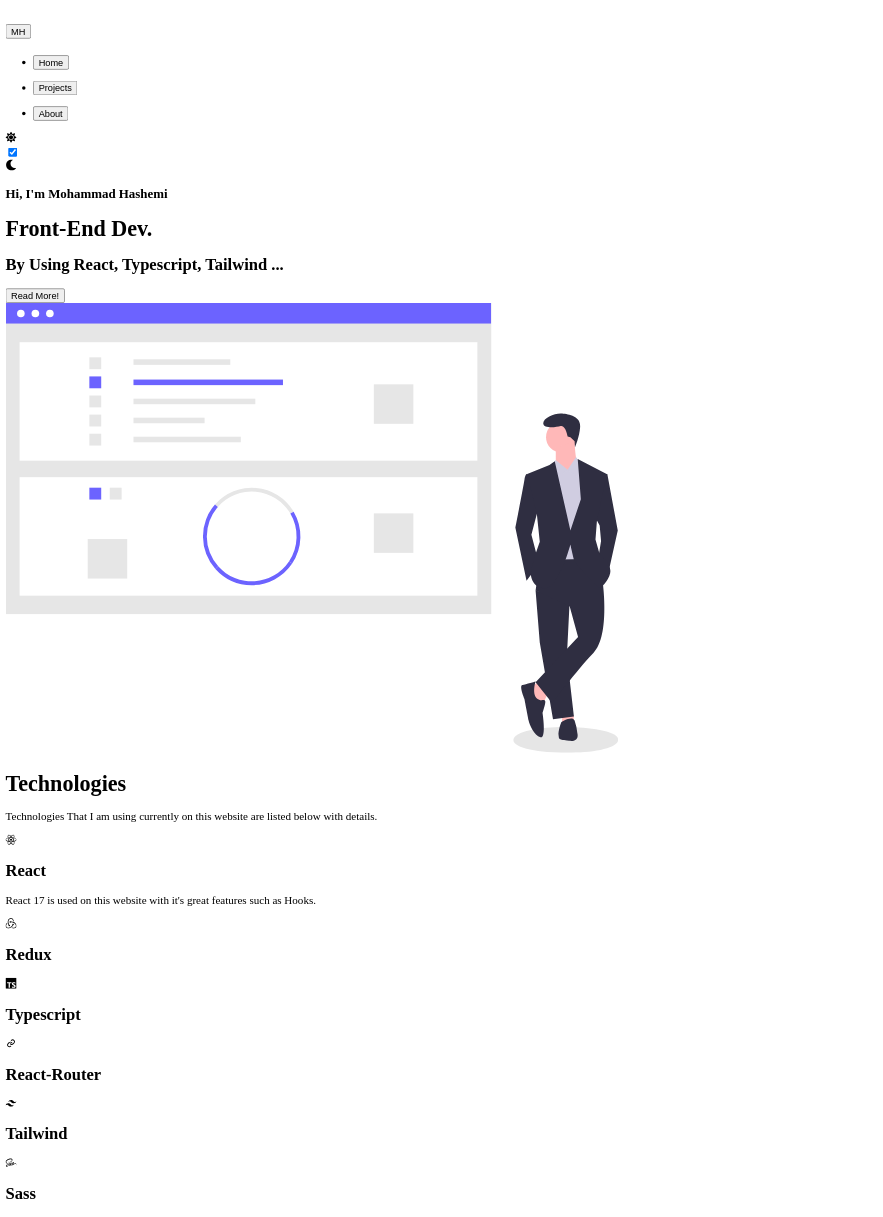
Repository: SMohammadH/react-typescript-tailwind
Page: /
These files come from the project's save history. The page is drawn as it stood at one moment and after the next save; the edit follows.
The browser window is 1280 px wide. The pictures show the whole page, at 69% of full size.
The project was rebuilt for these pictures with package versions that can differ from the ones it lists, and the page was loaded fresh each time. Also part of the build but not shown: craco.config.js.

Above is the page before, as saved 2021-02-03 09:13:45.

### src/index.css
.dark {
  --color-bg-primary: #2d3748;
  --color-bg-secondary: #283141;
  --color-text-primary: #f7fafc;
  --color-text-secondary: #e2e8f0;
  --color-text-accent: #c5b358;
}

.light {
  --color-bg-primary: #ffffff;
  --color-bg-secondary: #edf2f7;
  --color-text-primary: #2d3748;
  --color-text-secondary: #4a5568;
  --color-text-accent: #2b6cb0;
}

@import 'tailwindcss/base';
@import 'tailwindcss/components';
@import 'tailwindcss/utilities';

### src/App.tsx
import './App.css';
import 'tailwindcss/tailwind.css';
import { ThemeProvider } from './dark-mode/themeContext';
import { Navbar } from './components/Navbar';
import { FirstSection } from './components/FirstSection';
import { SecondSection } from './components/SecondSection';

const App: React.FC = () => {
  return (
    <div>
      <ThemeProvider>
        <Navbar />
        <div className="body bg-primary text-primary">
          <FirstSection />
          <SecondSection />
        </div>
      </ThemeProvider>
    </div>
  );
};

export default App;

### src/App.css
.font-gold {
  color: #c5b358;
}

### src/dark-mode/themeContext.tsx
import React from 'react';

const getInitialTheme = () => {
  if (typeof window !== 'undefined' && window.localStorage) {
    const storedPrefs = window.localStorage.getItem('color-theme');
    if (typeof storedPrefs === 'string') {
      return storedPrefs;
    }

    const userMedia = window.matchMedia('(prefers-color-scheme: dark)');
    if (userMedia.matches) {
      return 'dark';
    }
  }

  // If you want to use light theme as the default, return "light" instead
  return 'dark';
};

interface IContextProps {
  theme: string;
  setTheme: React.Dispatch<React.SetStateAction<string>>;
}
// Remember if You wanna uncomment above remove null in the next line.
export const ThemeContext = React.createContext({} as IContextProps);

interface ThemeProps {
  initialTheme?: any;
  children: any;
}

export const ThemeProvider: React.FC<ThemeProps> = ({
  initialTheme,
  children,
}) => {
  const [theme, setTheme] = React.useState(getInitialTheme);

  const rawSetTheme = (theme: string) => {
    const root = window.document.documentElement;
    const isDark = theme === 'dark';

    root.classList.remove(isDark ? 'light' : 'dark');
    root.classList.add(theme);

    localStorage.setItem('color-theme', theme);
  };

  if (initialTheme) {
    rawSetTheme(initialTheme);
  }

  React.useEffect(() => {
    rawSetTheme(theme);
  }, [theme]);

  return (
    <ThemeContext.Provider value={{ theme, setTheme }}>
      {children}
    </ThemeContext.Provider>
  );
};

### src/components/Navbar.tsx
import { Toggle } from '../dark-mode/toggle';

export const Navbar = () => {
  return (
    <div className="bg-gray-800 text-gray-100  fixed  w-full z-10">
      <div className="max-w-screen-xl mx-auto px-2 sm:px-6 lg:px-8">
        <div className="relative flex items-center justify-between h-16">
          <div>
            <h1 className="text-3xl font-gold">
              <button>MH</button>
            </h1>
          </div>
          <div className="flex">
            <div className="flex space-x-9 text-lg">
              <ul>
                <li>
                  <button>Home</button>
                </li>
              </ul>
              <ul>
                <li>
                  <button>Projects</button>
                </li>
              </ul>
              <ul>
                <li>
                  <button>About</button>
                </li>
              </ul>
            </div>
            <div className="ml-9 self-center">
              <Toggle />
            </div>
          </div>
        </div>
      </div>
    </div>
  );
};

### src/components/FirstSection.tsx
import Success from '../svg/success.svg';

export const FirstSection = () => {
  return (
    <div className="flex justify-between  space-x-20 p-10 pt-40 max-w-screen-xl mx-auto md:flex-row">
      <div className="self-center pb-20 mb-20 space-y-2">
        <h3 className="text-xl">Hi, I'm Mohammad Hashemi</h3>
        <h1 className="text-5xl text-accent">Front-End Dev.</h1>
        <h2 className="text-medium">
          By Using React, Typescript, Tailwind ...
        </h2>
        <button className="btn">Read More!</button>
      </div>
      <div className="">
        <img src={Success} alt="" />
      </div>
    </div>
  );
};

### src/components/SecondSection.tsx
import { Card } from './Card';
import { FaSass } from 'react-icons/fa';
import { SiTypescript, SiTailwindcss, SiRedux, SiReact } from 'react-icons/si';
import { BiLink } from 'react-icons/bi';

const text = [
  {
    react: `React 17 is used on this website with it's great features such as Hooks.`,
  },
  {
    redux: 'Redux also used for state management which we are going to explain',
  },
  { typescript: 'sdfsdf' },
  { reactRouter: 'sdfsdf' },
  { tailwind: 'sdfsdf' },
  { sass: 'sdfsdf' },
];
console.log(text[0].react);

export const SecondSection = () => {
  return (
    <div className="bg-secondary text-secondary">
      <div className="max-w-screen-xl mx-auto px-5 py-24">
        <div className="text-center mb-20">
          <h1 className="text-accent mb-4 text-4xl leading-10 tracking-tight sm:text-5xl sm:leading-none md:text-6xl">
            Technologies
          </h1>
          <p className="text-base leading-relaxed xl:w-2/4 lg:w-3/4 mx-auto">
            Technologies That I am using currently on this website are listed
            below with details.
          </p>
          <div className="flex mt-6 justify-center">
            <div className="w-16 h-1 rounded-full bg-indigo-500 inline-flex"></div>
          </div>
        </div>
        <div className="flex flex-wrap sm:-m-4 -mx-4 -mb-10 -mt-4">
          <Card
            Img={SiReact}
            imgSize={10}
            header="React"
            imgColor="blue-600"
            imgBack="blue"
            text={text[0].react}
          />
          <Card
            Img={SiRedux}
            imgSize={10}
            header="Redux"
            imgColor="purple-500"
            imgBack="purple"
            text={text[0].redux}
          />
          <Card
            Img={SiTypescript}
            imgSize={7}
            header="Typescript"
            imgColor="blue-700"
            imgBack="blue"
            text={text[0].typescript}
          />

          <Card
            Img={BiLink}
            imgSize={10}
            header="React-Router"
            imgColor="red-600"
            imgBack="red"
            text={text[0].reactRouter}
          />
          <Card
            Img={SiTailwindcss}
            imgSize={10}
            header="Tailwind"
            imgColor="green-500"
            imgBack="green"
            text={text[0].tailwind}
          />

          <Card
            Img={FaSass}
            imgSize={10}
            header="Sass"
            imgColor="pink-600"
            imgBack="pink"
            text={text[0].sass}
          />
        </div>
      </div>
    </div>
  );
};

### src/dark-mode/toggle.tsx
import React from 'react';
import { ThemeContext } from './themeContext';
import './toggle.css';
import { FaSun } from 'react-icons/fa';
import { FaMoon } from 'react-icons/fa';

export const Toggle = () => {
  const { theme, setTheme } = React.useContext(ThemeContext);

  const isDark = () => {
    return theme === 'dark';
  };

  return (
    <label className="flex items-center cursor-pointer">
      <div className="ml-3 font-medium mr-3">
        {theme === 'light' ? (
          <FaSun className="text-yellow-100 text-2xl" />
        ) : (
          <FaSun className="text-gray-400" />
        )}
      </div>
      <div className="relative">
        <input
          type="checkbox"
          className="hidden"
          checked={isDark()}
          onChange={e => setTheme(e.target.checked ? 'dark' : 'light')}
        />
        <div className="toggle__line w-10 h-4 bg-gray-400 rounded-full shadow-inner"></div>
        <div className="toggle__dot absolute w-6 h-6 bg-white rounded-full shadow inset-y-0 left-0"></div>
      </div>

      <div className="ml-3 ">
        {theme === 'light' ? (
          <FaMoon className="text-gray-400" />
        ) : (
          <FaMoon className="text-blue-100 text-xl" />
        )}
      </div>
    </label>
  );
};

### src/components/Card.tsx
interface Props {
  Img: any;
  imgSize: number;
  imgColor: string;
  imgBack: string;
  header: string;
  text?: string;
}

export const Card: React.FC<Props> = ({
  Img,
  imgSize,
  imgColor,
  imgBack,
  header,
  text,
}) => {
  return (
    <div className="relative max-w-sm  md:max-w-xs mx-auto ">
      <div
        className={`absolute mb-10 ml-5 inset-0 bg-gradient-to-r from-${imgBack}-200 to-${imgBack}-400 dark:from-${imgBack}-700 dark:to-${imgBack}-900 shadow-lg transform -skew-y-3 sm:skew-y-0 sm:-rotate-6 rounded-3xl`}
      ></div>
      <div className="relative py-7 px-2 md:mb-0 flex flex-col ">
        <div className="shadow-lg rounded-3xl bg-primary text-primary px-4 py-10 mr-6 transform translate-x-6 -translate-y-6  ">
          <div
            className={` inline-flex w-12 h-12 rounded-full items-center justify-center bg-${imgBack}-100 text-${imgColor} mb-4 flex-shrink-0 p-2`}
          >
            <Img className={`w-${imgSize} h-${imgSize}`} />
            {/* className="w-6 h-6"
              fill="none"
              stroke="currentColor"
              viewBox="0 0 24 24"
              xmlns="http://www.w3.org/2000/svg"
            >
              <path
                stroke-linecap="round"
                stroke-linejoin="round"
                stroke-width="2"
                d="M7 21a4 4 0 01-4-4V5a2 2 0 012-2h4a2 2 0 012 2v12a4 4 0 01-4 4zm0 0h12a2 2 0 002-2v-4a2 2 0 00-2-2h-2.343M11 7.343l1.657-1.657a2 2 0 012.828 0l2.829 2.829a2 2 0 010 2.828l-8.486 8.485M7 17h.01"
              ></path>
            </Img> */}
          </div>
          <div className="flex-grow ">
            <h2 className="text-primary text-xl title-font font-medium mb-3">
              {header}
            </h2>
            <p className="leading-relaxed text-sm text-justify">{text}</p>
          </div>
        </div>
      </div>
    </div>
  );
};

### src/dark-mode/toggle.css
.toggle__dot {
  top: -0.25rem;
  left: -0.25rem;
  transition: all 0.3s ease-in-out;
}

input:checked ~ .toggle__dot {
  transform: translateX(100%);
  background-color: #48bb78;
}

### tailwind.config.js
module.exports = {
  purge: [],
  darkMode: 'class', // or 'media' or 'class'
  theme: {
    extend: {
      backgroundColor: {
        primary: 'var(--color-bg-primary)',
        secondary: 'var(--color-bg-secondary)',
      },
      textColor: {
        accent: 'var(--color-text-accent)',
        primary: 'var(--color-text-primary)',
        secondary: 'var(--color-text-secondary)',
      },
    },
  },
  variants: {
    extend: {},
  },
  plugins: [],
};

Loaded but not shown: public/index.html (common file); src/index.tsx (common file)

After the next save:
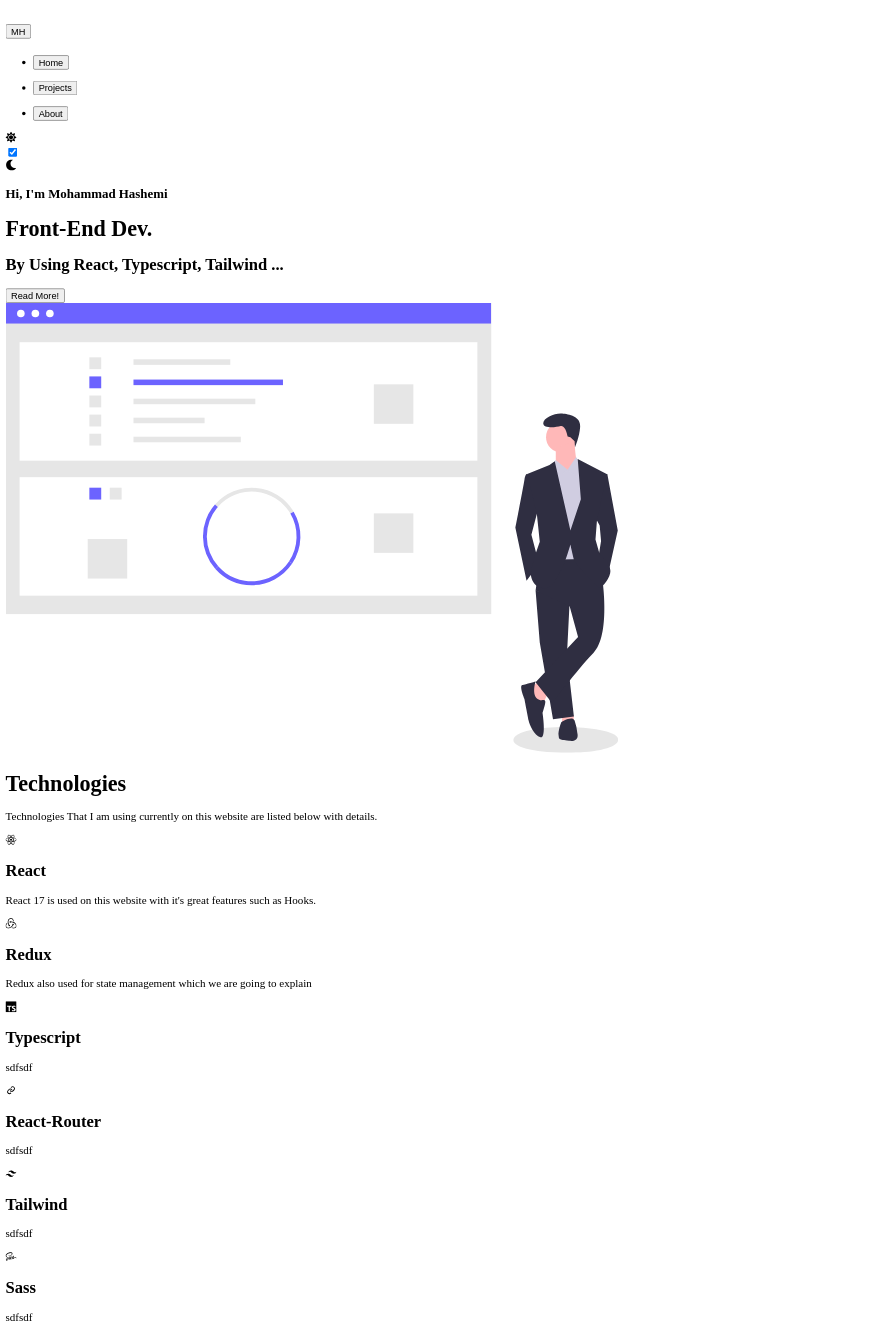
Saved 35 s later.
--- a/src/components/SecondSection.tsx
+++ b/src/components/SecondSection.tsx
@@ -48,7 +48,7 @@
             header="Redux"
             imgColor="purple-500"
             imgBack="purple"
-            text={text[0].redux}
+            text={text[1].redux}
           />
           <Card
             Img={SiTypescript}
@@ -56,7 +56,7 @@
             header="Typescript"
             imgColor="blue-700"
             imgBack="blue"
-            text={text[0].typescript}
+            text={text[2].typescript}
           />
 
           <Card
@@ -65,7 +65,7 @@
             header="React-Router"
             imgColor="red-600"
             imgBack="red"
-            text={text[0].reactRouter}
+            text={text[3].reactRouter}
           />
           <Card
             Img={SiTailwindcss}
@@ -73,7 +73,7 @@
             header="Tailwind"
             imgColor="green-500"
             imgBack="green"
-            text={text[0].tailwind}
+            text={text[4].tailwind}
           />
 
           <Card
@@ -82,7 +82,7 @@
             header="Sass"
             imgColor="pink-600"
             imgBack="pink"
-            text={text[0].sass}
+            text={text[5].sass}
           />
         </div>
       </div>
